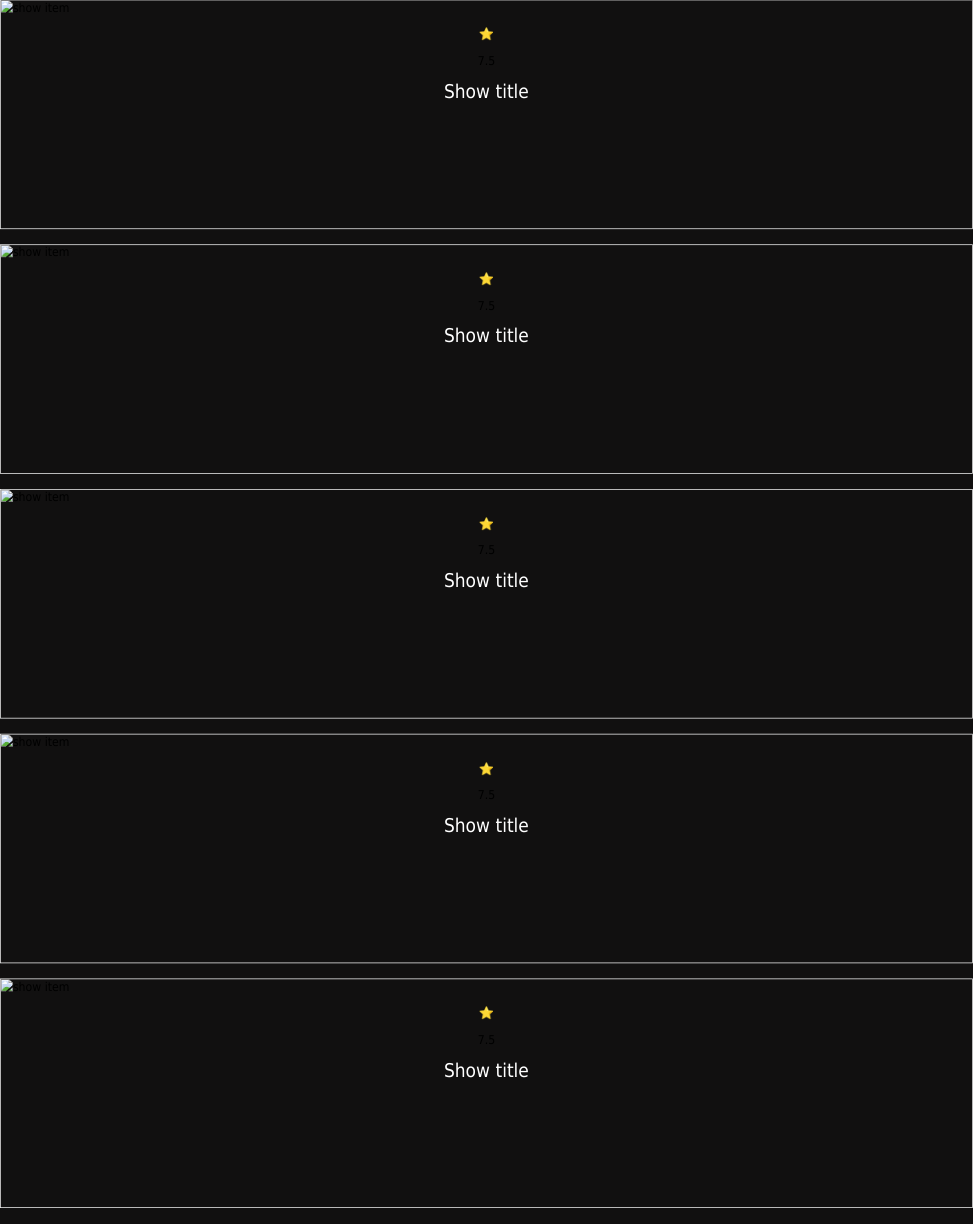
Repository: ahmedhamed15/React-Movies-App
Page: /#/search
The author's editor kept a copy of each file at every save. The page is drawn from the files as they stood at one save, then again after the next save.
The browser window is 1280 px wide. The pictures show the part of the page from y = 360 to 1970 px (the page is 1970 px tall), at 76% of full size.
Backgrounds fixed to the window are drawn as part of the page. The project was rebuilt for these pictures with package versions that can differ from the ones it lists, and the page was loaded fresh each time. Also part of the build but not shown: src/Pages/HomePage.js, src/Components/Shows/Show.js, src/Pages/ShowPage.js.

Above is the page before, as saved 2021-07-18 21:39:39.

### src/index.js
import React from 'react';
import ReactDOM from 'react-dom';
import './assets/index.css';
import App from './App';

ReactDOM.render(<App />,document.getElementById('root'));

### src/assets/index.css
body {
  padding: 0;
  margin: 0;
  background-color: rgb(17, 16, 16);
  font-family: 'tahoma', arial;
}
.row {
  display: flex;
  flex-direction: row;
  flex-wrap: wrap;
}
.container {
  max-width: 1200px;
  margin: auto;
}
header {
  padding: 10px 0;
  position: fixed;
  top: 0;
  left: 0;
  right: 0;
}
header .row {
  align-items: center;
  justify-content: space-between;
}
.col {
  flex: 0 0 auto;
}
a {
  text-decoration: none;
}
header img {
  height: 50px;
}
header a {
  color: white;
  font-size: 18px;
}
header a:hover {
  color: #FFB03D
}
.text-center {
  text-align: center;
}
.search-content {
  background: url('./images/home-bg.jpg') no-repeat center center fixed;
  background-blend-mode: saturation;
  height: 100vh;
  display: flex;
  align-items: center;
  justify-content: center;
  flex-direction: column;
}
.search-content.sm-search-card {
  height: 50vh;
}
.search-content h1 {
  color: white;
  margin-top: 0;
  text-transform: uppercase;
  font-size: 55px;
  margin-bottom: 15px;
}
.search-content p {
  color: #f1f1ff;
  font-size: 20px;
  width: 700px;
  line-height: 1.5;
  margin-bottom: 40px;
}
.search-content input[type="search"] {
  height: 55px;
  width: 500px;
  padding: 10px;
  font-size: 18px;
  color: #f5853f;
  border: 1px solid #f5853f;
}
.search-content input[type="search"]:focus {
  outline: 0;

}
.search-content .search-btn {
  height: 55px;
  width: 100px;
  padding: 10px;
  font-size: 18px;
  background-color: #f5853f;
  color: white;
  border: none;
  cursor: pointer;
}
::selection {
  color: #FFF;
  background-color: #f5853f;
}
.show-item {
  height: 300px;
  border: 1px solid #EEE;
  margin-bottom: 20px;
}
.show-item .show-item__overlay {
  display: flex;
  align-items: center;
  justify-content: center;
  flex-direction: column;
  text-align: center;
}
.show-item .show-item__overlay a {
  color: white;
  font-size: 25px;
}

### src/App.js
import {BrowserRouter as Router, Switch, Route} from "react-router-dom";
import Header from "./Components/Layouts/Header";
import HomePage from "./Pages/HomePage";
import ShowPage from "./Pages/ShowPage";
import SearchPage from "./Pages/SearchPage";
function App() {
  return (
    <>
      <Router basename="/#">
        <Header />

        <Switch>
          <Route path="/" exact component={HomePage} />
          <Route path="/search" component={SearchPage} />
          <Route path="/show/:id" component={ShowPage} />
        </Switch>

      </Router>
    </>
  );
}

export default App;

### src/Components/Layouts/Header.js
import React from 'react';
import {Link, NavLink} from 'react-router-dom';
import Logo from '../../assets/images/logo.png';

const Header = () => {
    return (
         <header className="header">
             <div className="container">
                 <div className="row">
                    <div className="col">
                        <NavLink to="/"> <img src={Logo} alt="" /> </NavLink>
                    </div>
                    <div className="col">
                        <Link to="/search"> Search </Link>
                    </div>
                 </div>
             </div>
         </header>
    )
}

export default Header

### src/Pages/SearchPage.js
import React from 'react'
import Search from '../Components/Search/Search'
import ShowsList from '../Components/Shows/ShowsList'

const SearchPage = () => {
    return (
        <div>
            <Search size="small" />
            <ShowsList />
        </div>
    )
}
export default SearchPage;

### src/Components/Search/Search.js
import React from 'react'

const Search = ({ size }) => {
    return (
        <div className={ size === "large" ? "search-content text-center" : "search-content text-center sm-search-card"}>
            { size === "large" &&
                <div>
                    <h1> Search for any series ! </h1>
                    <p> There are many variations of passages of Lorem Ipsum available, but the majority have suffered alteration in some form </p>
                </div>
            }
            <form>
                <input type="search" className="search-field" placeholder="Search for a series..." />
                <button type="submit" className="search-btn"> Search </button>
            </form>
        </div>
    )
}

export default Search

### src/Components/Shows/ShowsList.js
import React from 'react'
import ShowItem from './ShowItem'

const ShowsList = () => {
    return (
        <>
            <ShowItem />
            <ShowItem />
            <ShowItem />
            <ShowItem />
            <ShowItem />
        </>
    )
}

export default ShowsList

### src/Components/Shows/ShowItem.js
import React from 'react'
import { Link } from 'react-router-dom'

const ShowItem = () => {
    return (
        <section className="show-item">
            <img src="" alt="show item" />
            <div className="show-item__overlay">
                <div className="rating-item">
                    <p> ⭐ </p>
                    <p> 7.5 </p>
                    <Link to="show/1"> Show title </Link>
                </div>
            </div>
        </section>
    )
}

export default ShowItem

Loaded but not shown: public/index.html (common file)

After the next save:
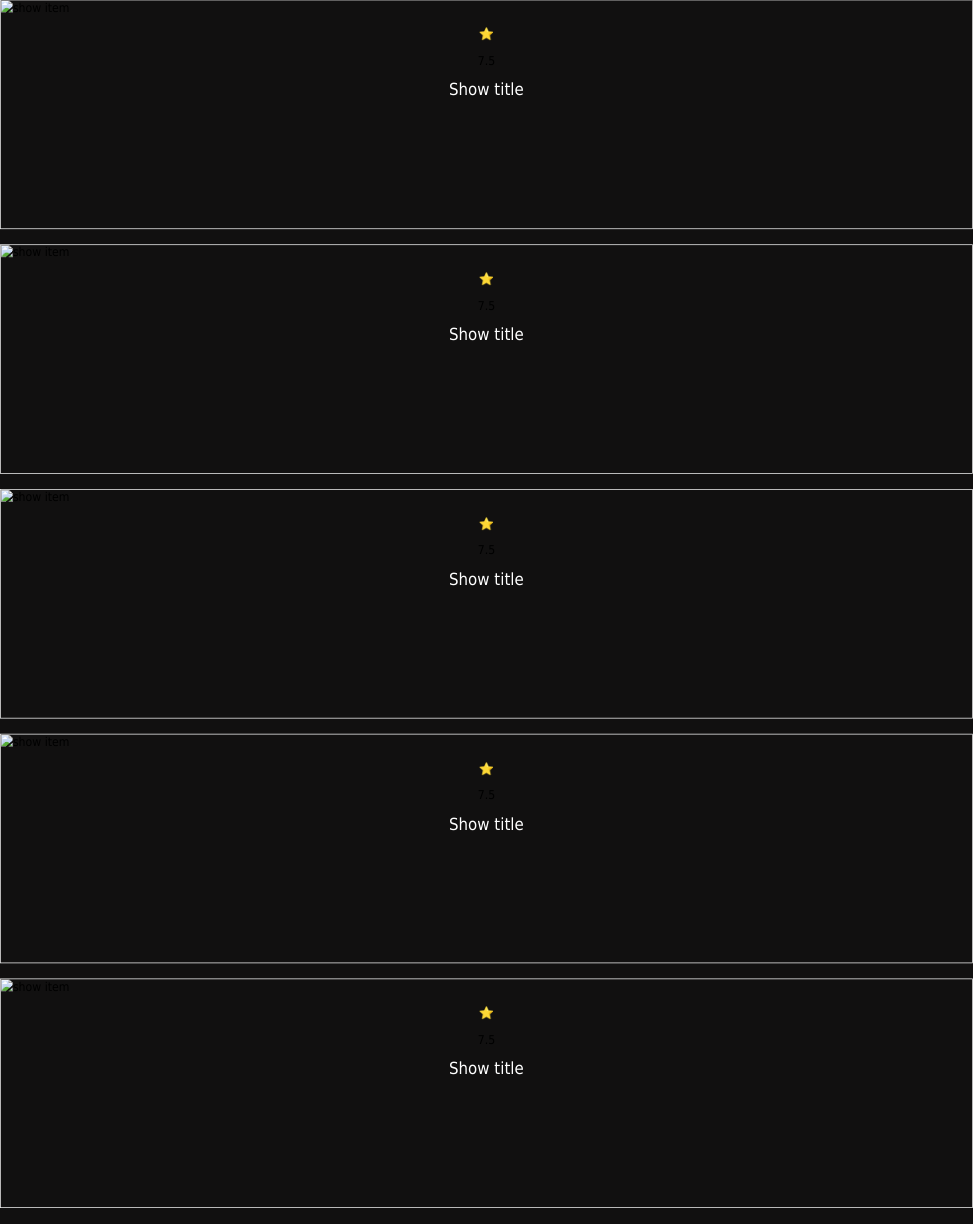
Saved 5 s later.
--- a/src/assets/index.css
+++ b/src/assets/index.css
@@ -109,5 +109,5 @@ header a:hover {
 }
 .show-item .show-item__overlay a {
   color: white;
-  font-size: 25px;
+  font-size: 22px;
 }
